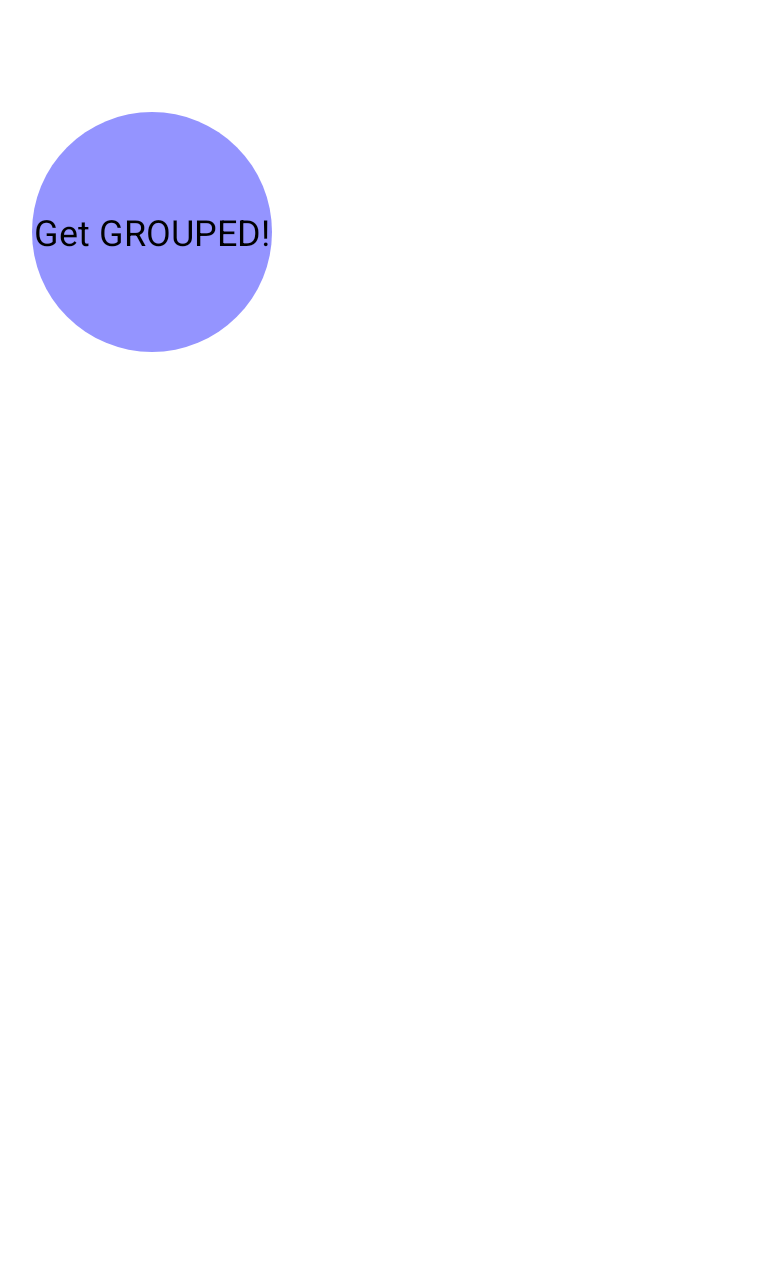
Repository: cs4471/grouped-client
Layout: Grouped/res/layout/activity_main.xml
An editor plug-in stored every save of this project. The layout is shown before and after the next save, followed by the edit.
It is drawn on a 768 x 1280 px phone screen (xhdpi) without system bars, with theme AppTheme; the app's code is not run.

Above is the layout before, as saved 2013-09-27 06:36:34.

After the next save:
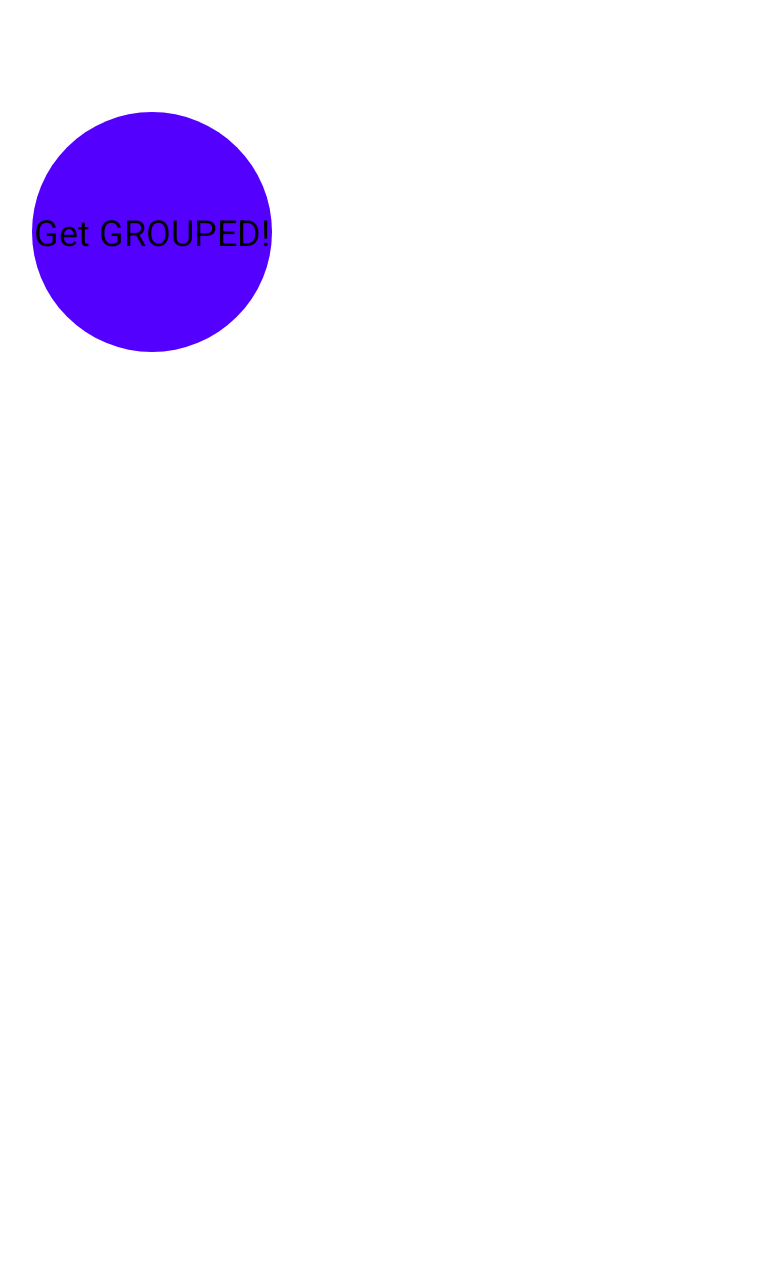
Saved 7 s later.
--- a/Grouped/res/drawable/GetGroupedButton.xml
+++ b/Grouped/res/drawable/GetGroupedButton.xml
@@ -4,7 +4,7 @@
     android:shape="oval">
 
    <solid
-       android:color="#9494ff"/>
+       android:color="#5400ff"/>
 
    <size
        android:width="120dp"
